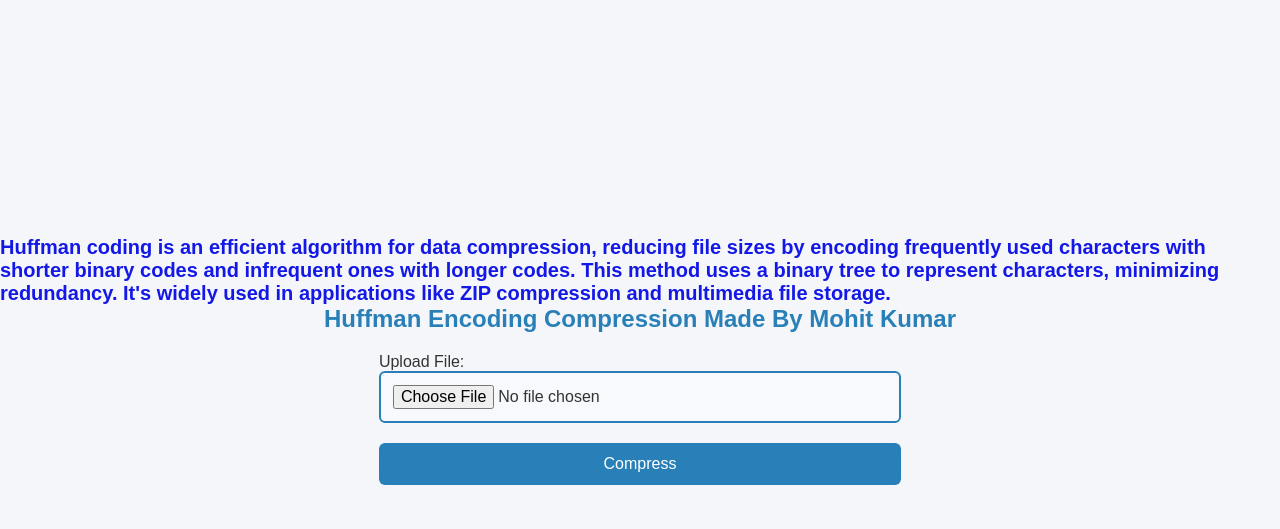
Repository: Mohitkumar1322/huffmane_coding
Page: http://localhost/
The author's editor kept a copy of each file at every save. The page is drawn from the files as they stood at one save, then again after the next save.
The browser window is 1280 px wide. The pictures show the whole page.
The page is served by the project's application, run on Flask 3 (main.py).

Above is the page before, as saved 2024-11-07 19:26:46.

After the next save:
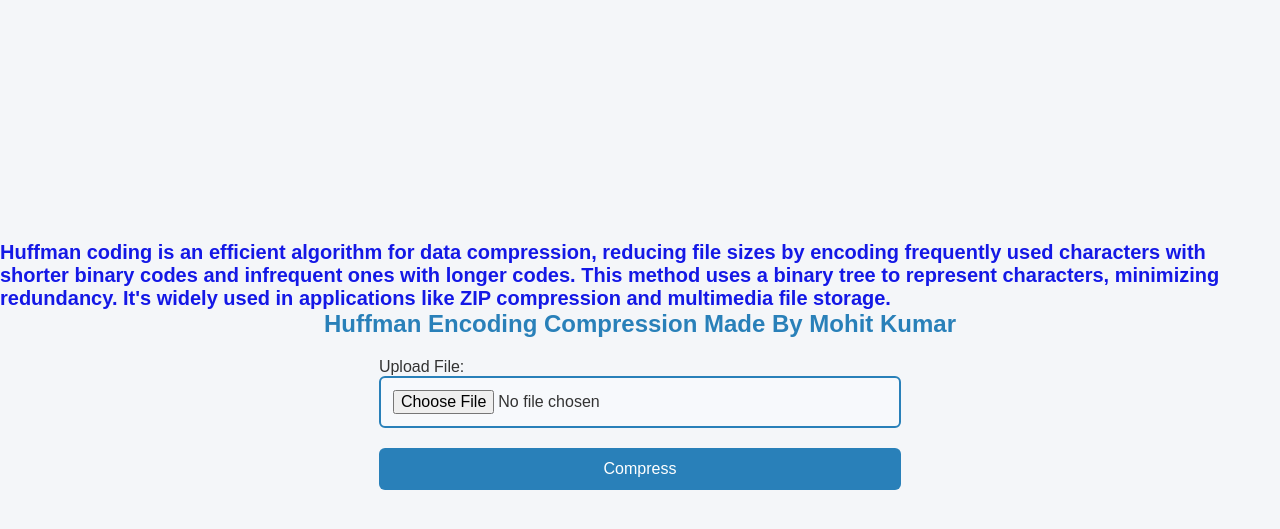
Saved 7 s later.
--- a/static/styles.css
+++ b/static/styles.css
@@ -36,7 +36,7 @@ h1 {
 h2{
     font-size: 20px;
     color: #1418e6;
-    margin-top: 1px;
+    margin-top: 10px;
     font-weight: bold;
 }
 
